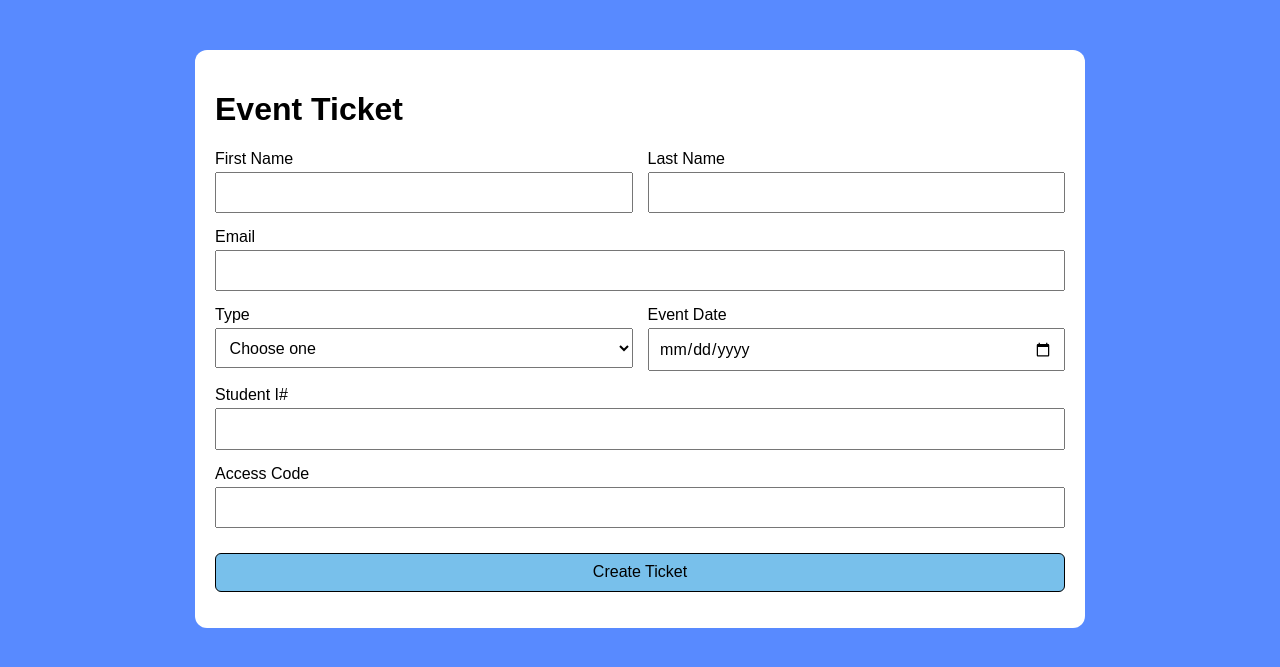
Repository: auqs/wdd131
Page: eventform/index.html
These files come from the project's save history. The page is drawn as it stood at one moment and after the next save; the edit follows.
The browser window is 1280 px wide. The pictures show the whole page.

Above is the page before, as saved 2026-06-06 23:41:46.
Not found: eventform/script.js

After the next save:
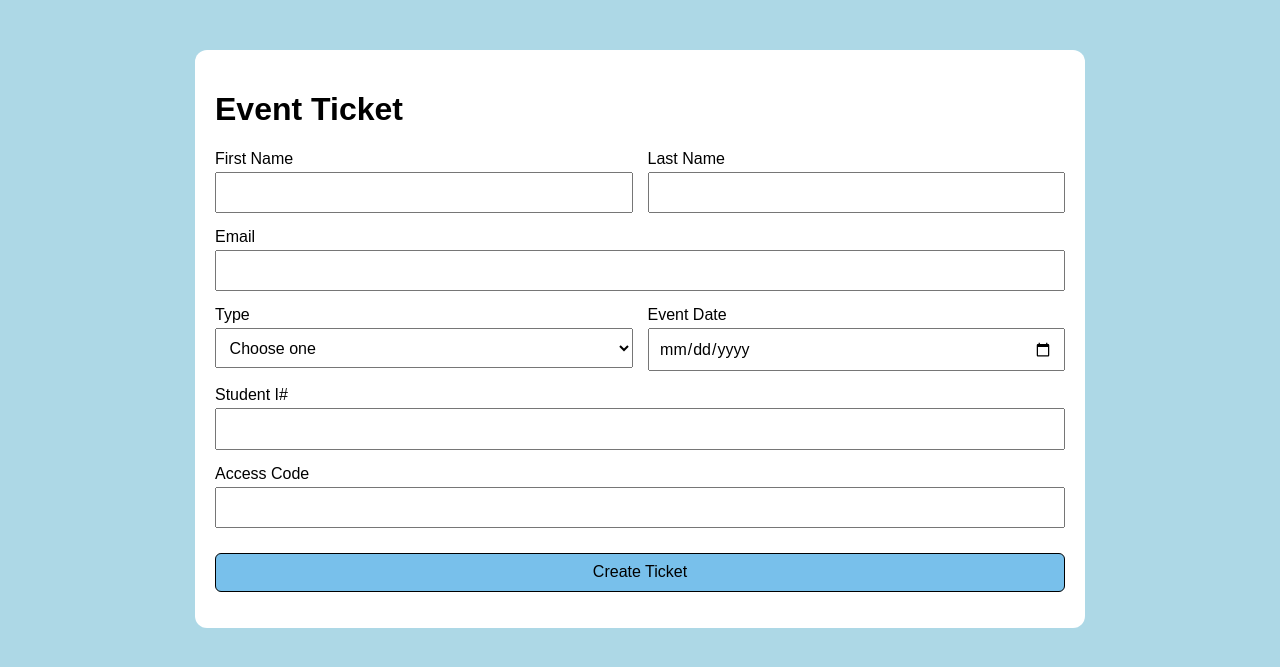
Saved 22 s later.
--- a/eventform/styles.css
+++ b/eventform/styles.css
@@ -1,6 +1,6 @@
 body {
   font-family: Arial, sans-serif;
-  background: #588aff;
+  background: lightblue;
   margin: 0;
 }
 
